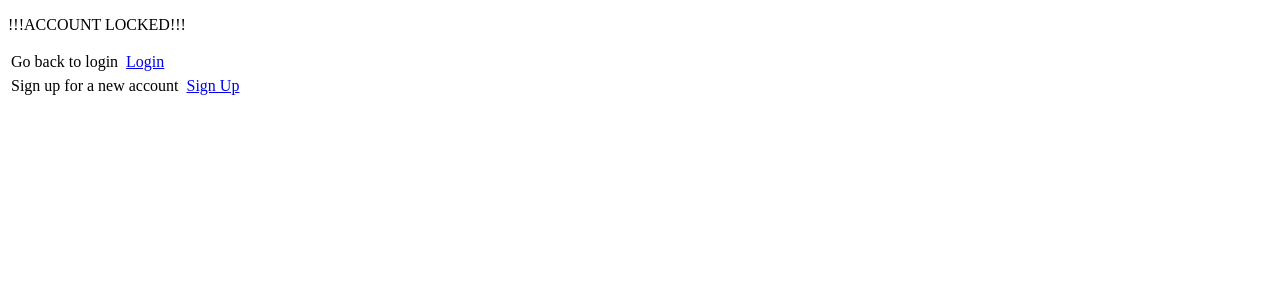
Repository: vasuanne/PetDiaries
Page: http://localhost/SpringMVC/WEB-INF/views/accountLocked.jsp
An editor plug-in stored every save of this project. The page is shown before and after the next save, followed by the edit.
The browser window is 1280 px wide. The pictures show the whole page.
The page is served by Tomcat 9. Nobody is signed in. Other server files are loaded and not shown. The template is opened directly, without the code that normally fills it, so the values that code supplies are empty.

Above is the page before, as saved 2017-04-28 10:15:33.

### oopsWorkspace/SpringMVC/src/main/webapp/WEB-INF/views/accountLocked.jsp
<%@ page language="java" contentType="text/html; charset=UTF-8"
    pageEncoding="UTF-8"%>
    <%@page isELIgnored="false" %>
    <%@taglib uri = "http://www.springframework.org/tags/form" prefix = "form"%>
<!DOCTYPE html PUBLIC "-//W3C//DTD HTML 4.01 Transitional//EN" "http://www.w3.org/TR/html4/loose.dtd">
<html>
<head>
<meta http-equiv="Content-Type" content="text/html; charset=UTF-8">
<title>!!Account locked!!</title>
</head>
<body>
   <p>!!!ACCOUNT LOCKED!!!</p>


   <form:form method = "GET" action = "/SpringMVC/login">
         <table>
            <tr>
            <td>Go back to login</td>
               <td>
                   <td><a href="login">Login</a>
               </td>
            </tr>
         </table>
      </form:form>

   <form:form method = "GET" action = "/SpringMVC/redirect">
         <table>
            <tr>
            <td>Sign up for a new account</td>
               <td>
                  <!--  <input type = "submit" value = "Sign Up"/>-->
                   <td><a href="redirect">Sign Up</a>
               </td>
            </tr>
         </table>
      </form:form>

</body>
</html>

After the next save:
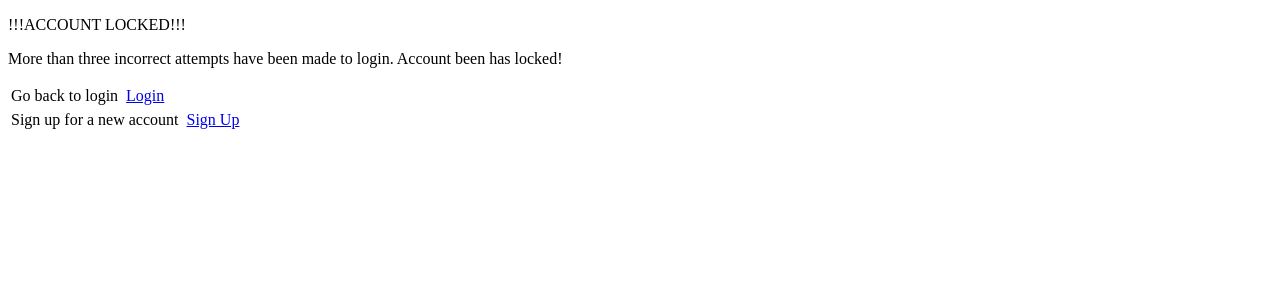
Saved 57 s later.
--- a/oopsWorkspace/SpringMVC/src/main/webapp/WEB-INF/views/accountLocked.jsp
+++ b/oopsWorkspace/SpringMVC/src/main/webapp/WEB-INF/views/accountLocked.jsp
@@ -10,7 +10,7 @@
 </head>
 <body>
    <p>!!!ACCOUNT LOCKED!!!</p>
-
+	<p>More than three incorrect attempts have been made to login. Account been has locked! </p>
 
    <form:form method = "GET" action = "/SpringMVC/login">
          <table>
